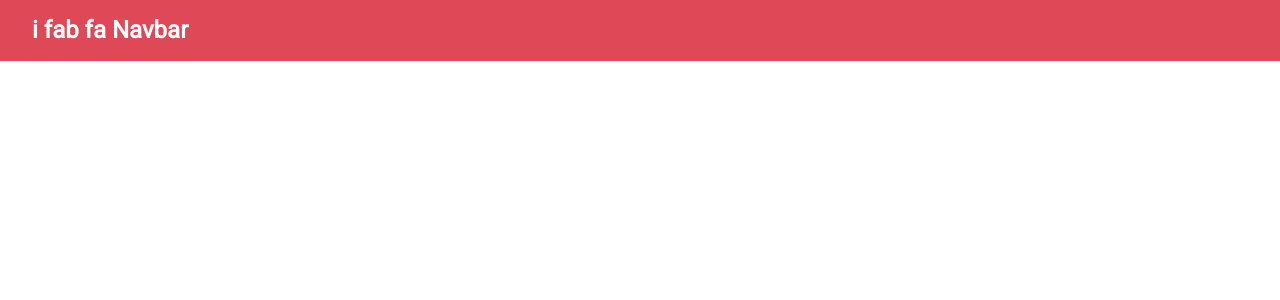
Repository: Redshreds/githubfinder
Page: /
The author's editor kept a copy of each file at every save. The page is drawn from the files as they stood at one save, then again after the next save.
The browser window is 1280 px wide. The pictures show the whole page.
Some web libraries are served in a nearby version. The project was rebuilt for these pictures with package versions that can differ from the ones it lists, and the page was loaded fresh each time.

Above is the page before, as saved 2023-02-13 22:49:31.

After the next save:
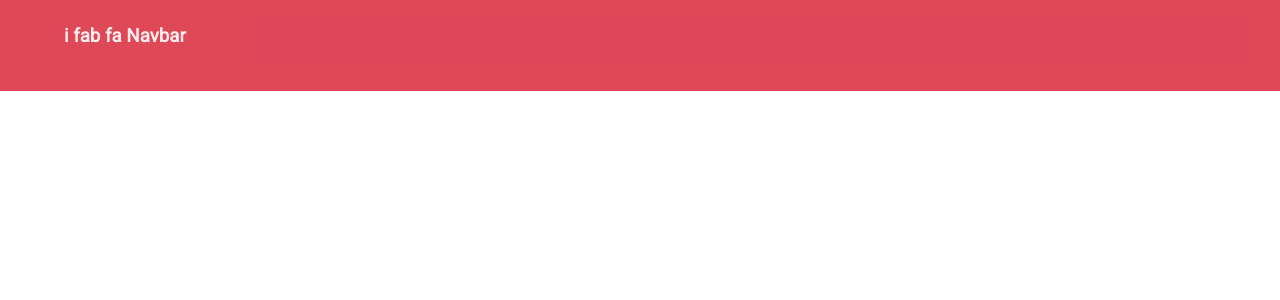
Saved 67 s later.
--- a/src/components/layout/Navbar.js
+++ b/src/components/layout/Navbar.js
@@ -3,12 +3,12 @@
 export class Navbar extends Component {
   render() {
     return (
-      <div>
+      <nav className="navbar bg-primary">
         <h1>
           i fab fa
           Navbar
         </h1>
-      </div>
+      </nav>
     )
   }
 }
